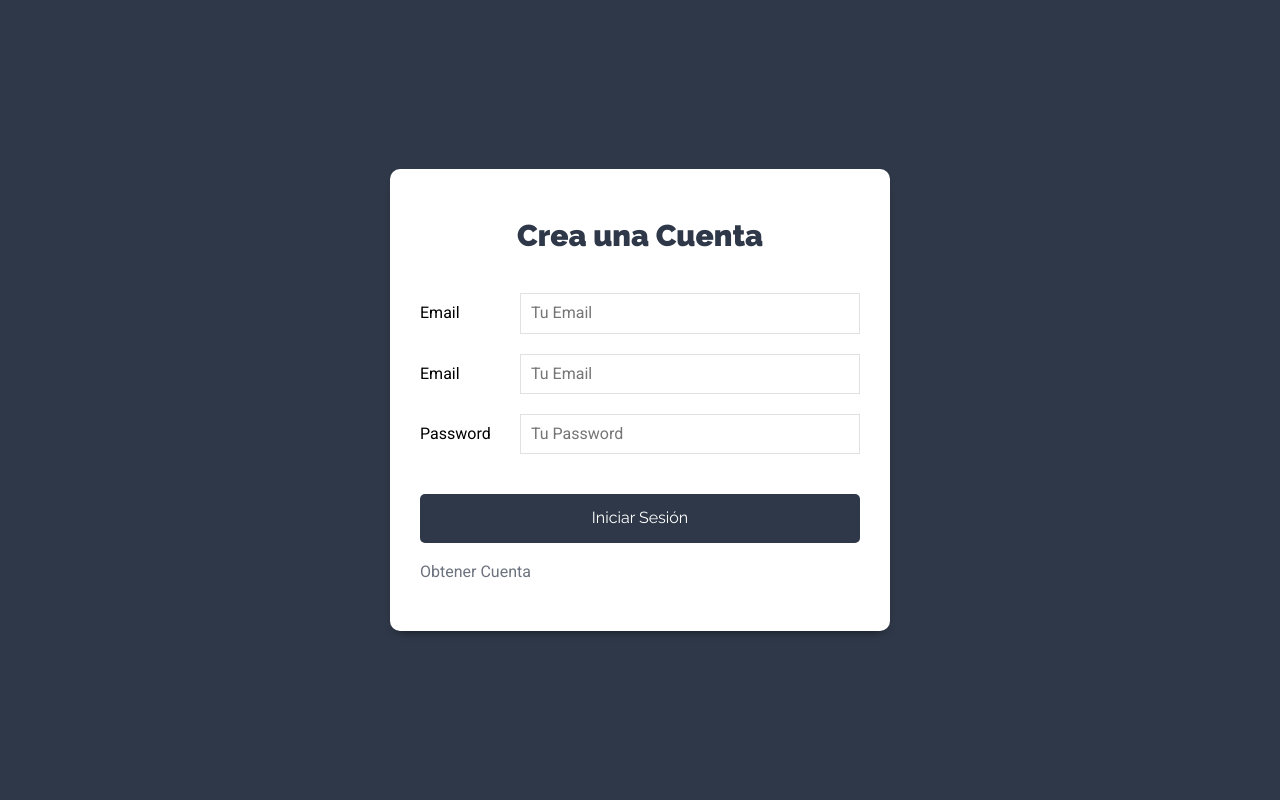
Repository: tive02/MERNTask-cliente
Page: /nueva-cuenta
An editor plug-in stored every save of this project. The page is shown before and after the next save, followed by the edit.
The browser window is 1280 px wide. The pictures show the whole page.
The project was rebuilt for these pictures with package versions that can differ from the ones it lists, and the page was loaded fresh each time. Also part of the build but not shown: src/components/auth/Login.js, src/components/proyectos/Proyectos.js.

Above is the page before, as saved 2021-03-19 20:17:05.

After the next save:
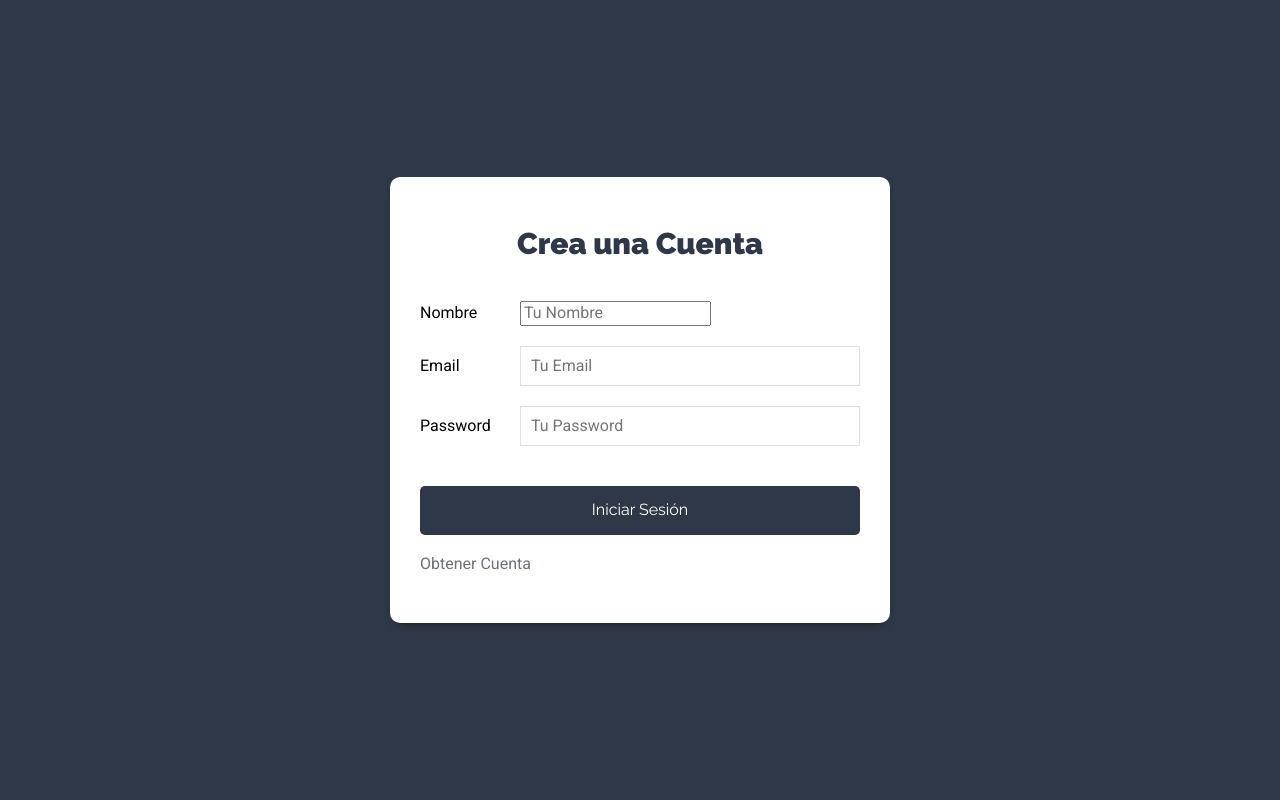
Saved 53 s later.
--- a/src/components/auth/NuevaCuenta.js
+++ b/src/components/auth/NuevaCuenta.js
@@ -26,13 +26,13 @@ const NuevaCuenta = () => {
         <h1>Crea una Cuenta</h1>
         <form onSubmit={onSubmit}>
           <div className="campo-form">
-            <label htmlFor="email">Email </label>
+            <label htmlFor="nombre">Nombre </label>
             <input
-              type="email"
-              id="email"
-              name="email"
+              type="nombre"
+              id="nombre"
+              name="nombre"
               value={email}
-              placeholder="Tu Email"
+              placeholder="Tu Nombre"
               onChange={onChange}
             />
           </div>
